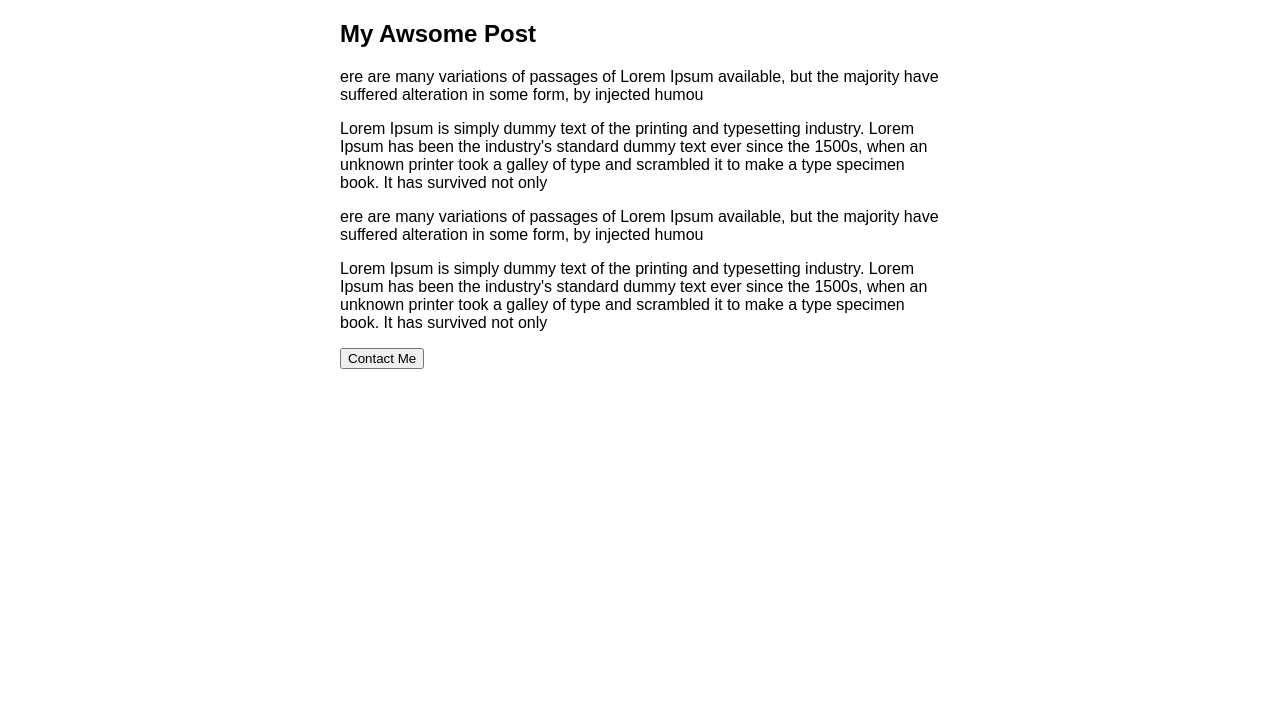
Repository: nema38/30DaysTrainning
Page: 30Days08/index.html
These files come from the project's save history. The page is drawn as it stood at one moment and after the next save; the edit follows.
The browser window is 1280 px wide. The pictures show the whole page.
Some web libraries are served in a nearby version.

Above is the page before, as saved 2014-04-16 19:35:40.

After the next save:
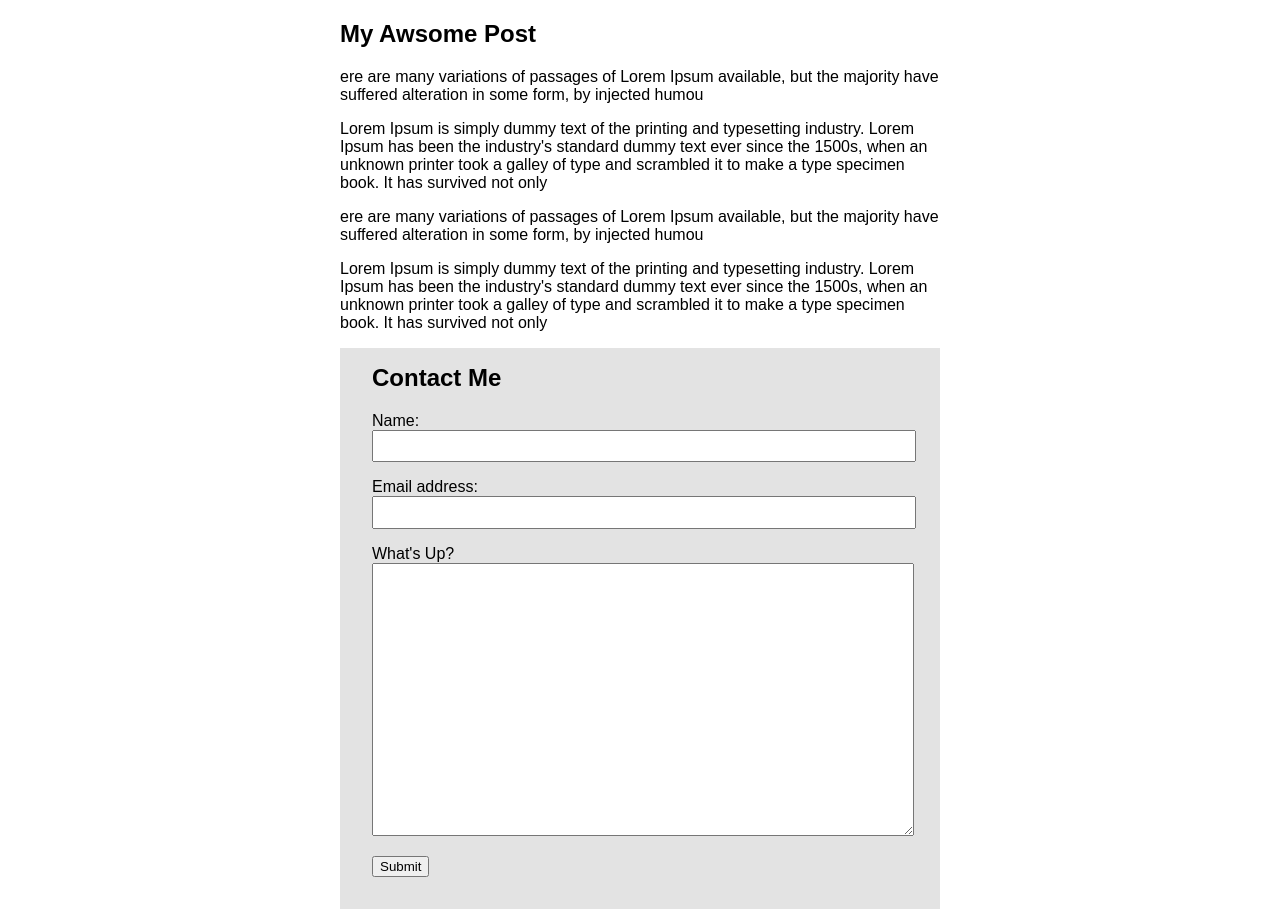
Console error: SyntaxError: missing ) after argument list
Saved 7 min 5 s later.
--- a/30Days08/index.html
+++ b/30Days08/index.html
@@ -98,10 +98,13 @@
 					container: $('#contact'),
 
 					config:	{
-						effect: 'slideToggle'
+						effect: 'slideToggle',
+						speed: 500
 					},
 
-					init: function() {
+					init: function(config) {
+						$.extend(this.config, config);
+
 						$('<button></button>', {
 							text: 'Contact Me'
 						})
@@ -122,7 +125,10 @@
 						})
 					}
 				};
-				contactForm.init();
+				contactForm.init(
+					effect: 'fadeToggle',
+					speed: 2000
+				);
 			})();
 		</script>
 

After the 2 saves that followed:
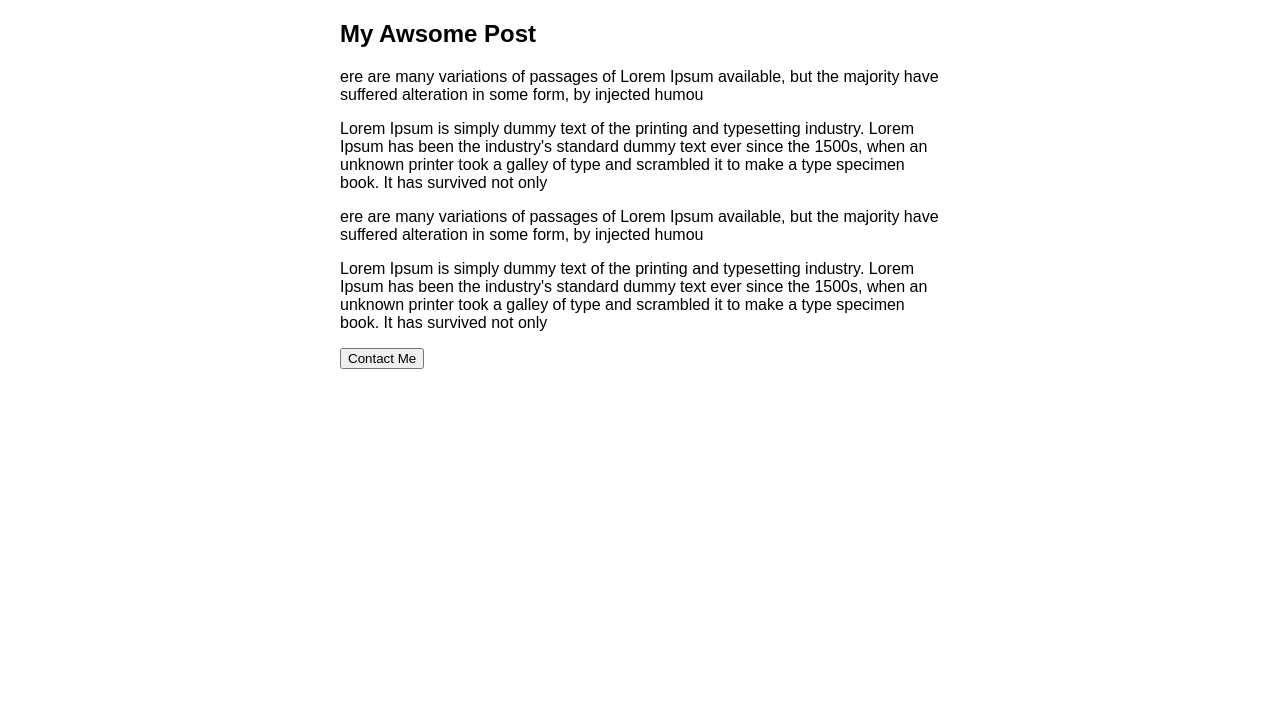
The error is gone.
The 2 saves are shown as one change because 1 left the picture as it was.
The last was saved 3 min 50 s later.
--- a/30Days08/index.html
+++ b/30Days08/index.html
@@ -125,10 +125,11 @@
 						})
 					}
 				};
-				contactForm.init(
+
+				contactForm.init( {
 					effect: 'fadeToggle',
 					speed: 2000
-				);
+				});
 			})();
 		</script>
 
